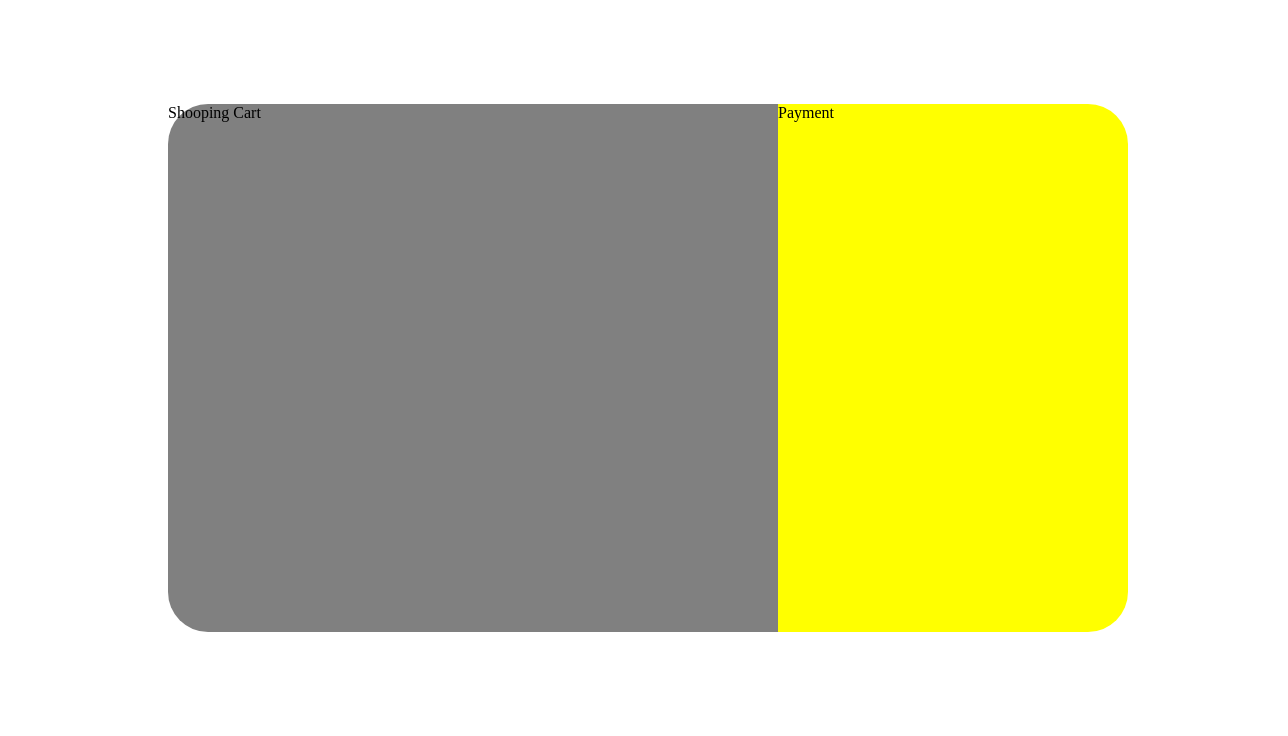
Repository: NDBaoFE/pizza-ordering-hiep
Page: /checkout
These files come from the project's save history. The page is drawn as it stood at one moment and after the next save; the edit follows.
The browser window is 1280 px wide. The page is 1288 px wide, so the pictures cover 1288 px, including what lies to the right of the window. The pictures show the whole page.
The project was rebuilt for these pictures with package versions that can differ from the ones it lists, and the page was loaded fresh each time.

Above is the page before, as saved 2022-08-27 21:52:05.

After the next save:
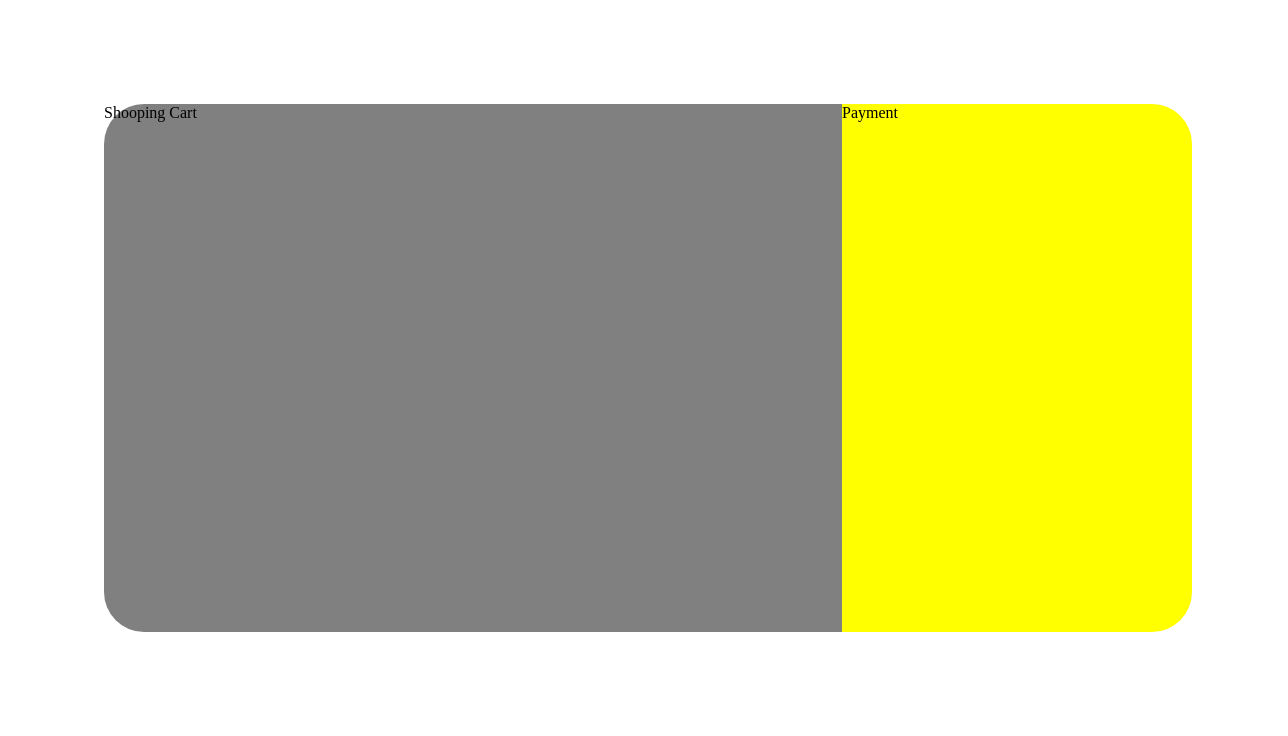
Saved 15 s later.
--- a/src/pages/Checkout/Checkout.styled.js
+++ b/src/pages/Checkout/Checkout.styled.js
@@ -4,7 +4,7 @@
   box-sizing: border-box;
   width: 100vw;
   height: 100vh;
-  padding: 6rem 10rem;
+  padding: 6rem;
   display: flex;
   overflow: hidden;
 `

After the save that followed:
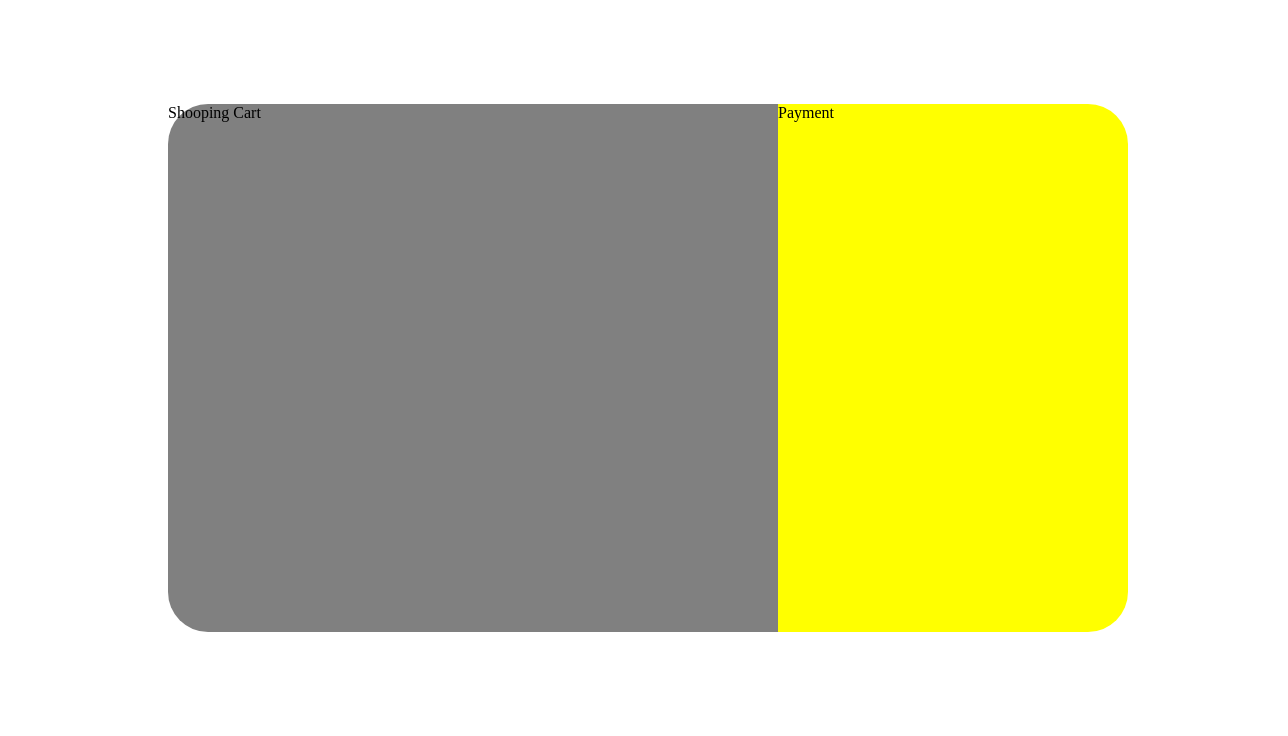
Saved 4 s later.
--- a/src/pages/Checkout/Checkout.styled.js
+++ b/src/pages/Checkout/Checkout.styled.js
@@ -4,7 +4,7 @@
   box-sizing: border-box;
   width: 100vw;
   height: 100vh;
-  padding: 6rem;
+  padding: 6rem 10rem;
   display: flex;
   overflow: hidden;
 `
